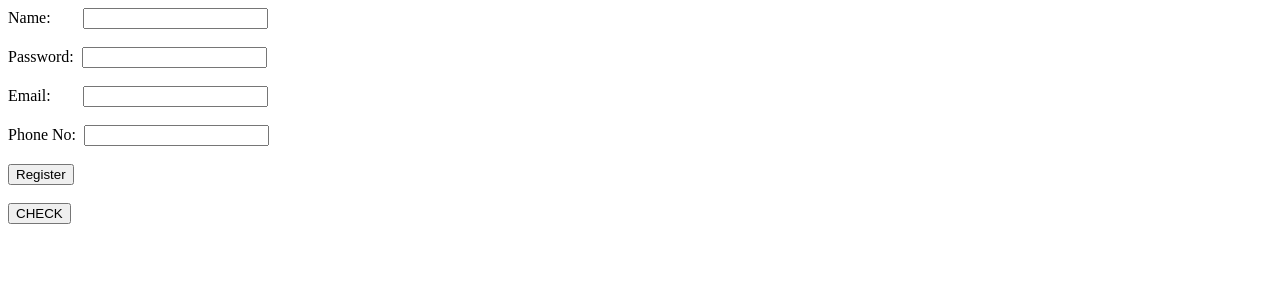
Repository: nikhilbad7/jsp-practicals
Page: classwork/WebContent/exp10.html
The author's editor kept a copy of each file at every save. The page is drawn from the files as they stood at one save, then again after the next save.
The browser window is 1280 px wide. The pictures show the whole page.

Above is the page before, as saved 2018-04-11 09:23:32.

After the next save:
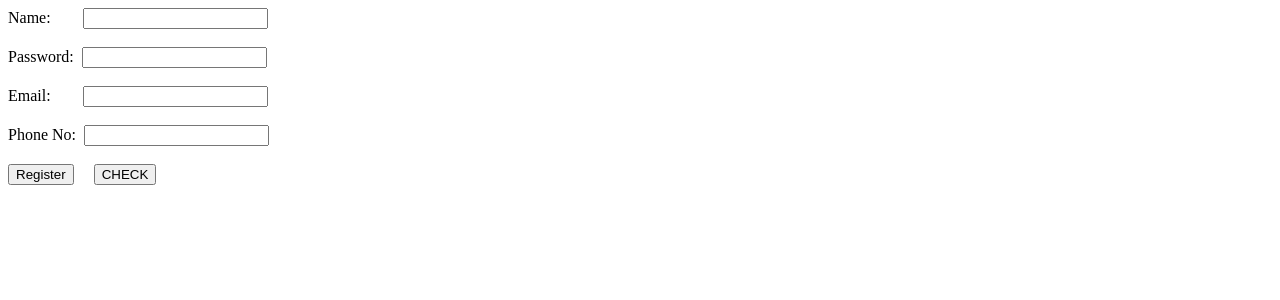
Saved 114 s later.
--- a/classwork/WebContent/exp10.html
+++ b/classwork/WebContent/exp10.html
@@ -14,7 +14,7 @@
 		 Password: &nbsp;<input type="password" name="pass"  /><br/><br/>
 		 Email: &nbsp;&nbsp;&nbsp;&nbsp;&nbsp;&nbsp;&nbsp;<input type="email" name="email"  /><br/><br/>
 		 Phone No: &nbsp;<input type="text" name="phn"  /><br/><br/>
-			<input type="submit" value="Register" />  <br/><br/>
+			<input type="submit" value="Register" />  &nbsp;&nbsp;&nbsp;
 			<input type="button" value="CHECK" onclick="check()" />
 		</form>
 	</body>
